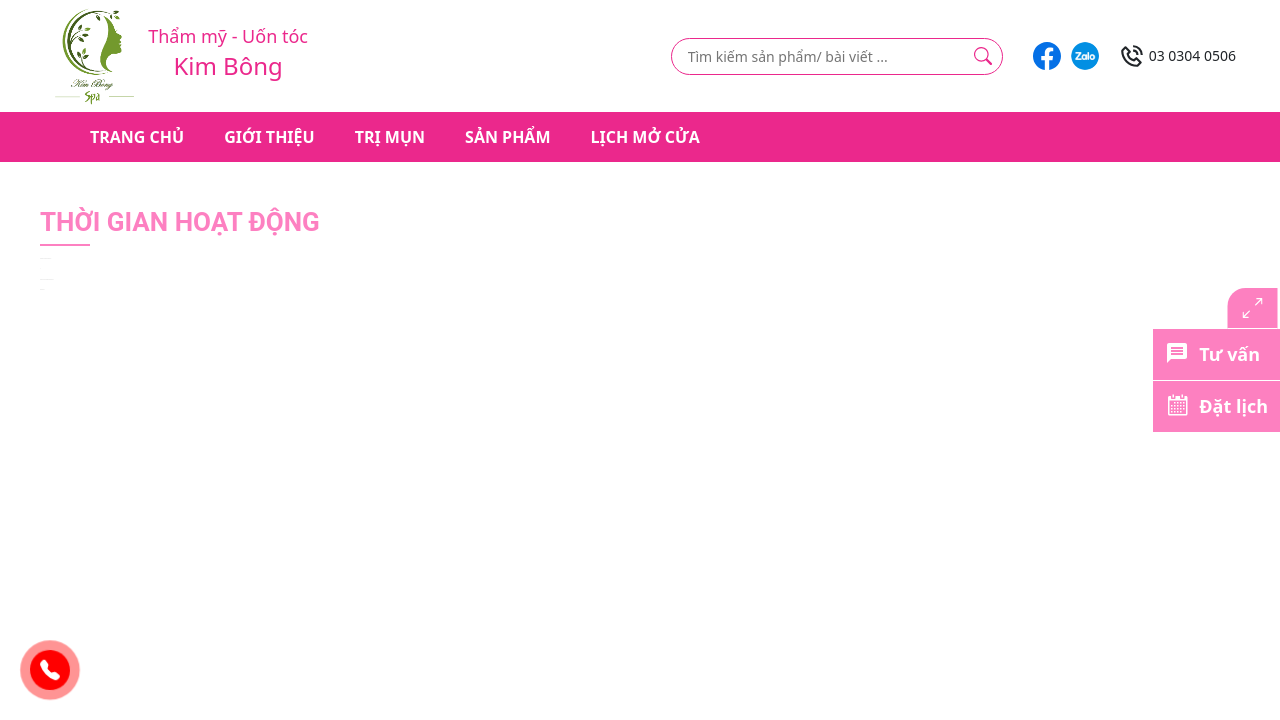
Repository: tranduykhuong/SpaKimBong
Page: /calendar
An editor plug-in stored every save of this project. The page is shown before and after the next save, followed by the edit.
The browser window is 1280 px wide. The pictures show the whole page.
The project was rebuilt for these pictures with package versions that can differ from the ones it lists, and the page was loaded fresh each time. Also part of the build but not shown: src/components/Banner/banner.scss, src/components/Banner/Banner.js, src/pages/Home/home.scss, src/pages/Home/ListImage/listImage.scss, src/pages/Home/ListImage/ListImage.js, src/components/Footer/footer.scss, src/components/Footer/Footer.js, src/pages/Home/BookOnline/bookOnl.scss and 26 more.

Above is the page before, as saved 2022-06-06 23:16:01.

### src/App.js
import "./App.scss";
import Header from "./components/Header/Header";
import Home from "./pages/Home/Home";
import "bootstrap/dist/css/bootstrap.min.css";
import { Route, Routes } from "react-router-dom";
import About from "./pages/About/About";
import Products from "./pages/Product/Products";
import ProductDetail from "./pages/Product/ProductDetail/ProductDetail";
import AcneTreatment from "./pages/AcneTreatment/AcneTreatment";
import ContactToolbox from "./components/ContactToolbox/ContactToolbox";
import BackToTop from "./components/BackToTop/BackToTop";
import PhoneTool from "./components/PhoneTool/PhoneTool";
import Calendar from "./pages/Calendar/Calendar";

function App() {
  return (
    <div className="App">
      <Header />
      <ContactToolbox />
      <BackToTop />
      <PhoneTool />
      <Routes>
        <Route path="/" element={<Home />} />
        <Route path="/about" element={<About />} />
        <Route path="/products" element={<Products />} />
        <Route path="/acne" element={<AcneTreatment />} />
        <Route path="/calendar" element={<Calendar />} />

        <Route path="/products/1" element={<ProductDetail />} />
      </Routes>
    </div>
  );
}

export default App;

### src/components/Header/Header.js
import React, { useEffect, useState } from "react";
import "./header.scss";
import { BsSearch, BsFacebook } from "react-icons/bs";
import { BiPhoneCall } from "react-icons/bi";
import { Link, useLocation } from "react-router-dom";

function Header() {
  const path = useLocation().pathname;
  const [fixedNavbar, setFixedNavbar] = useState(false);

  useEffect(() => {
    const handleScroll = () => {
      if (window.scrollY < 1) {
        setFixedNavbar(true);
      }

      if (window.scrollY > 170) setFixedNavbar(true);
      else setFixedNavbar(false);
    };

    window.addEventListener("scroll", handleScroll);

    return () => {
      window.removeEventListener("scroll", handleScroll);
    };
  }, []);

  useEffect(() => {
    window.scrollTo(0, 0);
  }, [path]);

  return (
    <div className="header">
      <div className={"infor " + (fixedNavbar ? "mg-navbar" : "")}>
        <div className="logo">
          <img src="../../img/logoSpa.png" alt="" />
          <div className="nameSpa">
            <h4>Thẩm mỹ - Uốn tóc</h4>
            <h2>Kim Bông</h2>
          </div>
        </div>

        <div className="search">
          <input type="text" placeholder="Tìm kiếm sản phẩm/ bài viết ..." />
          <a className="icon">
            <BsSearch className="iconSearch" />
          </a>
        </div>

        <div className="contact">
          <a href="/" className="icon">
            <BsFacebook className="iconFacebook" />
          </a>
          <a href="/" className="icon">
            <img src="../../img/Zalo.png" alt="" className="iconZalo" />
          </a>

          <div className="phone">
            <BiPhoneCall className="iconPhone" />
            <h3>03 0304 0506</h3>
          </div>
        </div>
      </div>
      <div className={"myNavbar " + (fixedNavbar ? "fixedNavbar" : "")}>
        <div className="navbarContent">
          <ul className="navbarList">
            <li className={path === "/" ? "active" : ""}>
              <Link to="/">TRANG CHỦ</Link>
            </li>
            <li className={path === "/about" ? "active" : ""}>
              <Link to="/about">GIỚI THIỆU</Link>
            </li>
            {/* <li className={path === "/skin" ? "active" : ""}>
              <Link to="/">CHĂM SÓC DA</Link>
            </li> */}
            <li className={path === "/acne" ? "active" : ""}>
              <Link to="/acne">TRỊ MỤN</Link>
            </li>
            <li className={path === "/products" ? "active" : ""}>
              <Link to="/products">SẢN PHẨM</Link>
            </li>
            <li className={path === "/open-time" ? "active" : ""}>
              <Link to="/calendar">LỊCH MỞ CỬA</Link>
            </li>
          </ul>
        </div>
      </div>
    </div>
  );
}

export default Header;

### src/components/ContactToolbox/ContactToolbox.js
import React, { useState } from "react";
import "./contactToolbox.scss";
import { MdMessage } from "react-icons/md";
import { GoCalendar } from "react-icons/go";
import { BsArrowsAngleExpand } from "react-icons/bs";

const ContactToolbox = () => {
  const [hidden, setHidden] = useState(false);

  return (
    <div className="contactFixed">
      <div className="toolboxScroll" onClick={() => setHidden((prev) => !prev)}>
        <BsArrowsAngleExpand className="iconArrow" />
      </div>
      <div className={"toolboxList " + (hidden ? "hidden" : "open")}>
        <div className="advise toolboxItem">
          <MdMessage className="iconMessage" />
          <p>Tư vấn</p>
        </div>
        <div className="book toolboxItem">
          <GoCalendar className="iconCalendar" />
          <p>Đặt lịch</p>
        </div>
      </div>
    </div>
  );
};

export default ContactToolbox;

### src/components/BackToTop/BackToTop.js
import React, { useEffect, useState } from "react";
import "./backToTop.scss";
import { FaRegArrowAltCircleUp } from "react-icons/fa";

const BackToTop = () => {
  const [clicked, setClick] = useState(true);
  const [hiddenArrow, setHiddenArrow] = useState(true);

  useEffect(() => {
    const handleScroll = () => {
      if (window.scrollY > 550) setHiddenArrow(false);
      else setHiddenArrow(true);
    };
    window.addEventListener("scroll", handleScroll);
    return () => {
      window.removeEventListener("scroll", handleScroll);
    };
  }, []);

  useEffect(() => {
    window.scrollTo(0, 0);
  }, [clicked]);

  return (
    <div
      className={"backToTop " + (hiddenArrow ? "" : "show")}
      onClick={() => setClick((prev) => !prev)}
    >
      <FaRegArrowAltCircleUp className="icon" />
    </div>
  );
};

export default BackToTop;

### src/components/PhoneTool/PhoneTool.js
import React from "react";
import "./phoneTool.scss";
import { BsFillTelephoneFill } from "react-icons/bs";

const PhoneTool = () => {
  return (
    <div className="phoneTool">
      <div className="phone">
        <BsFillTelephoneFill className="iconPhone" />
      </div>
      <div className="circle"></div>
    </div>
  );
};

export default PhoneTool;

### src/pages/Calendar/Calendar.js
import React from "react";
import "./calendar.scss";

const Calendar = () => {
  return (
    <div>
      <div className="container-calendar">
        <div className="container-bg-calendar">
          <div className="calendar">
            <div className="calendar-content">
              <h3>THỜI GIAN HOẠT ĐỘNG</h3>
              <p>
                Hiên Vân Spa bắt đầu làm việc từ 09:00 và nhận khách đợt cuối
                lúc 19:30 mỗi ngày (Kể cả thứ 7 và Chủ Nhật).
              </p>
              <p><strong>Đặc Biệt:</strong></p>
              <p>
                Vẫn hoạt động bình thường vào giờ nghỉ trưa, khách hàng có thể
                thoải mái đặt lịch mà không ngại ảnh hưởng đến công việc, học
                tập ...
              </p>
              <p>Bạn muốn thư giãn ? Hãy đến với chúng tôi.</p>
            </div>

            <div className="calendar-boxs"></div>
          </div>
        </div>
      </div>
    </div>
  );
};

export default Calendar;

### src/components/Header/header.scss
@import '../../SCSS/base/variables.scss';
$height-navbar: 5rem;

.header {
    .mg-navbar {
        margin-bottom: $height-navbar;
    }

    .infor {
        max-width: 1200px;
        padding: .6rem 0;
        display: flex;
        justify-content: space-between;
        margin: 0 auto;

        .logo {
            display: flex;
            flex: 1;

            img {
                height: 10rem;
            }

            .nameSpa {
                color: $main-color;
                margin: auto 0;

                h4 {
                    font-size: 1.8rem;
                    font-weight: 500;
                }

                h2 {
                    font-size: 2.4rem;
                }
            }
        }


        .search {
            margin: auto 0;
            border-radius: 50px;
            border: solid .1rem $main-color;
            height: 37px;
            display: flex;

            input {
                font-size: 1.4rem;
                margin: auto 16px;
                min-width: 26rem;
                border: none;
                outline: none;
            }

            .icon {
                margin: auto 10px;
                cursor: pointer;
            }

            .iconSearch {
                width: 1.8rem;
                height: 1.8rem;
                color: $main-color;

                &:hover {
                    color: #f867b2;
                }
            }
        }

        .contact {
            display: flex;
            margin-left: 20px;

            .icon {
                margin: auto 0;
                margin-left: 10px;

            }

            .iconFacebook {
                width: 2.8rem;
                height: 2.8rem;
                color: rgba($color: #0570e6, $alpha: 1.0);
            }

            .iconZalo {
                width: 2.8rem;
                height: 2.8rem;
                border-radius: 50%;
            }

            .phone {
                margin: auto 0;
                margin-left: 20px;
                display: flex;

                .iconPhone {
                    width: 2.6rem;
                    height: 2.6rem;
                }

                h3 {
                    font-size: 1.4rem;
                    font-weight: 500;
                    margin: auto 4px;
                }
            }

        }
    }

    .fixedNavbar {
        position: fixed;
        top: 0;
        left: 0;
        z-index: 50;
        width: 100%;
        animation: fixedNavbar 1s forwards;
    }

    @keyframes fixedNavbar {
        from {
            top: -5rem;
            opacity: 0;
        }

        to {
            top: 0;
            opacity: 1;
        }
    }

    .myNavbar {
        height: $height-navbar;
        background-color: $main-color;

        .navbarContent {
            max-width: 1200px;
            margin: 0 auto;

            .navbarList {
                display: flex;
                margin: 0 1rem;
                // justify-content: space-evenly;

                li {
                    list-style: none;

                    a {
                        line-height: $height-navbar;
                        height: $height-navbar;
                        display: block;
                        color: #fff;
                        font-size: 1.6rem;
                        font-weight: 600;
                        text-decoration: none;
                        padding: 0 2rem;
                    }

                    &:hover {
                        background-color: #f844a1;
                        cursor: pointer;
                    }
                }

                .active {
                    background-color: #dd0876;
                }
            }
        }
    }
}

### src/components/ContactToolbox/contactToolbox.scss
.contactFixed {
    position: fixed;
    top: 50%;
    transform: translateY(-50%);
    right: 0;
    z-index: 100;
    cursor: pointer;

    .toolboxScroll {
        border-top-left-radius: 1.8rem;
        background-color: rgba($color: #fc2c97, $alpha: 0.6);
        width: 5rem;
        padding: 1rem;
        color: #fff;
        transform: translateX(149%);
        border-bottom: 1px solid #fff;

        .iconArrow {
            width: 2rem;
            height: 2rem;
        }
    }

    .toolboxList {
        background-color: rgba($color: #fc2c97, $alpha: 0.6);


        .toolboxItem {
            display: flex;
            padding: 1.2rem;
            color: #fff;

            p {
                font-size: 1.8rem;
                margin: 0;
                padding-left: 1rem;
                font-weight: 600;
            }
        }

        .advise {
            border-bottom: 1px solid #fff;

            .iconMessage {
                width: 2.4rem;
                height: 2.4rem;
            }
        }

        .book {

            .iconCalendar {
                width: 2.4rem;
                height: 2.4rem;
            }
        }
    }

    .hidden {
        animation: toRight 0.8s linear forwards;
    }

    .open {
        animation: toLeft 0.8s linear backwards;
    }

    @keyframes toRight {
        to {
            transform: translateX(62%);
        }
    }

    @keyframes toLeft {
        from {
            transform: translateX(62%);

        }

        to {
            transform: translateX(0);
        }
    }
}

### src/components/BackToTop/backToTop.scss
.backToTop {
    position: fixed;
    bottom: 2rem;
    right: 2rem;
    z-index: 100;
    display: none;

    .icon {
        width: 4rem;
        height: 4rem;
        color: #fa72b8;
        cursor: pointer;
    }
}

.show {
    animation: FadeIn 0.8s forwards;
    display: block;

    @keyframes FadeIn {
        from {
            bottom: 0;
        }

        to {
            bottom: 2rem;
        }
    }
}

### src/components/PhoneTool/phoneTool.scss
.phoneTool {
    position: fixed;
    width: 6rem;
    height: 6rem;
    left: 1rem;
    border-radius: 50%;
    bottom: 3rem;
    z-index: 100;
    cursor: pointer;

    .phone {
        position: absolute;
        z-index: 5;
        top: 34%;
        left: 34%;
        background-color: red;
        padding: 1rem;
        border-radius: 50%;
        animation: phoneSkin 1s infinite ease-in-out;

        .iconPhone {
            height: 2rem;
            width: 2rem;
            color: #fff;

        }

        @keyframes phoneSkin {
            0% {
                transform: rotate(0) scale(1) skew(1deg);
            }

            10% {
                transform: rotate(-25deg) scale(1) skew(1deg);
            }

            20% {
                transform: rotate(25deg) scale(1) skew(1deg);
            }

            30% {
                transform: rotate(-25deg) scale(1) skew(1deg);
            }

            40% {
                transform: rotate(25deg) scale(1) skew(1deg);
            }

            50% {
                transform: rotate(0) scale(1) skew(1deg);
            }

            100% {
                transform: rotate(0) scale(1) skew(1deg);
            }
        }
    }

    .circle {
        position: absolute;
        width: 6rem;
        height: 6rem;
        border-radius: 50%;
        top: 16%;
        left: 16%;
        background-color: rgba($color: rgb(255, 42, 42), $alpha: 0.5);
        animation: zoom 1s infinite;

        @keyframes zoom {
            0% {
                transform: scale(0.9);
            }

            70% {
                transform: scale(1);
                box-shadow: 0 0 0 15px transparent;
            }

            100% {
                transform: scale(0.9);
                box-shadow: 0 0 0 0 transparent;
            }
        }
    }
}

### src/pages/Calendar/calendar.scss
.container-calendar {
  .container-bg-calendar {
    .calendar {
      display: flex;
      width: 100%;
      text-align: left;
      padding: 4rem;
      font-family: "Roboto", sans-serif;

      .calendar-content {
        width: 30%;

        h3 {
          margin: 0 0 13px;
          color: #fd80c1;
          font-size: 26px;
          font-weight: bold;
          line-height: 1.6;
        }

        h3:after {
          content: "";
          display: block;
          width: 5rem;
          height: 0.25rem;
          background: #fd80c1;
        }

        p{

        }
      }

      .calendar-boxs {
        width: 70%;
      }
    }
  }
}

### src/SCSS/base/variables.scss
$main-color: #eb288c;
$text-color: #444;
$title-color: #fff;

Loaded but not shown: public/index.html (common file); src/index.js (common file); src/index.css (common file); src/reportWebVitals.js (common file); src/App.scss (common file)

After the next save:
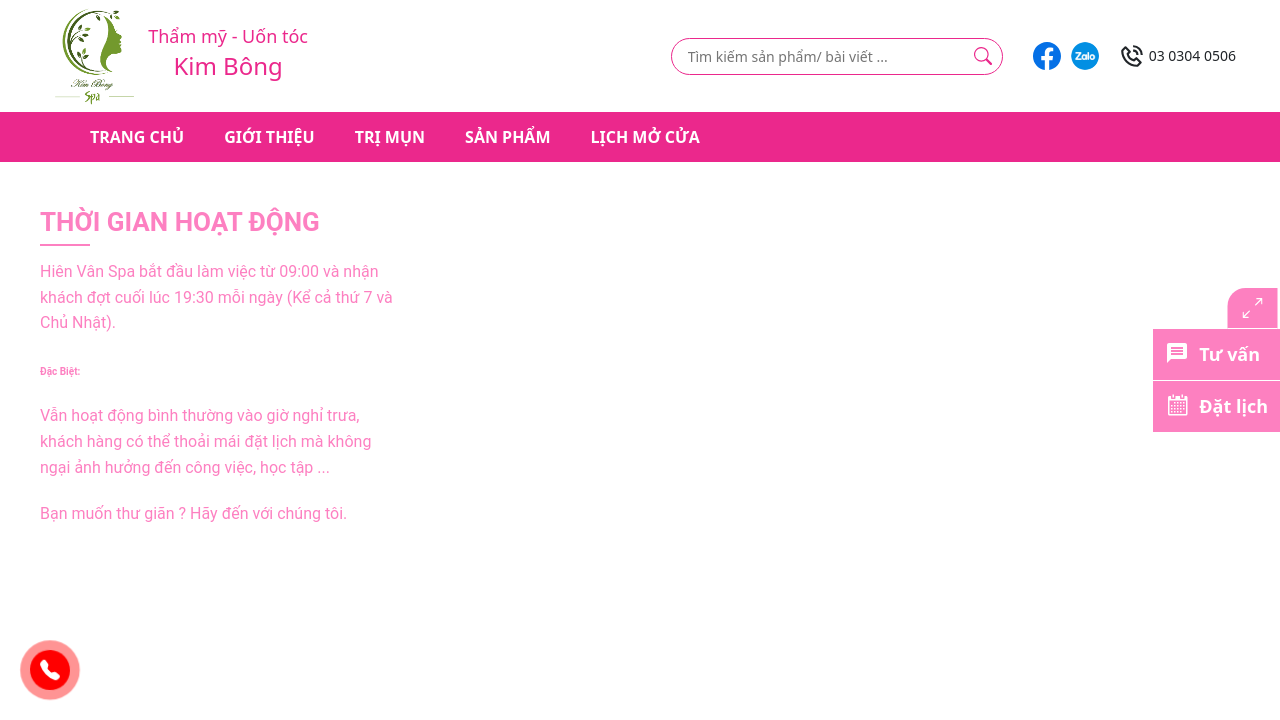
Saved 52 s later.
--- a/src/pages/Calendar/calendar.scss
+++ b/src/pages/Calendar/calendar.scss
@@ -26,8 +26,11 @@
           background: #fd80c1;
         }
 
-        p{
-
+        p {
+          margin: 0 0 21px;
+          color: #fd80c1;
+          font-size: 16px;
+          line-height: 1.6;
         }
       }
 
